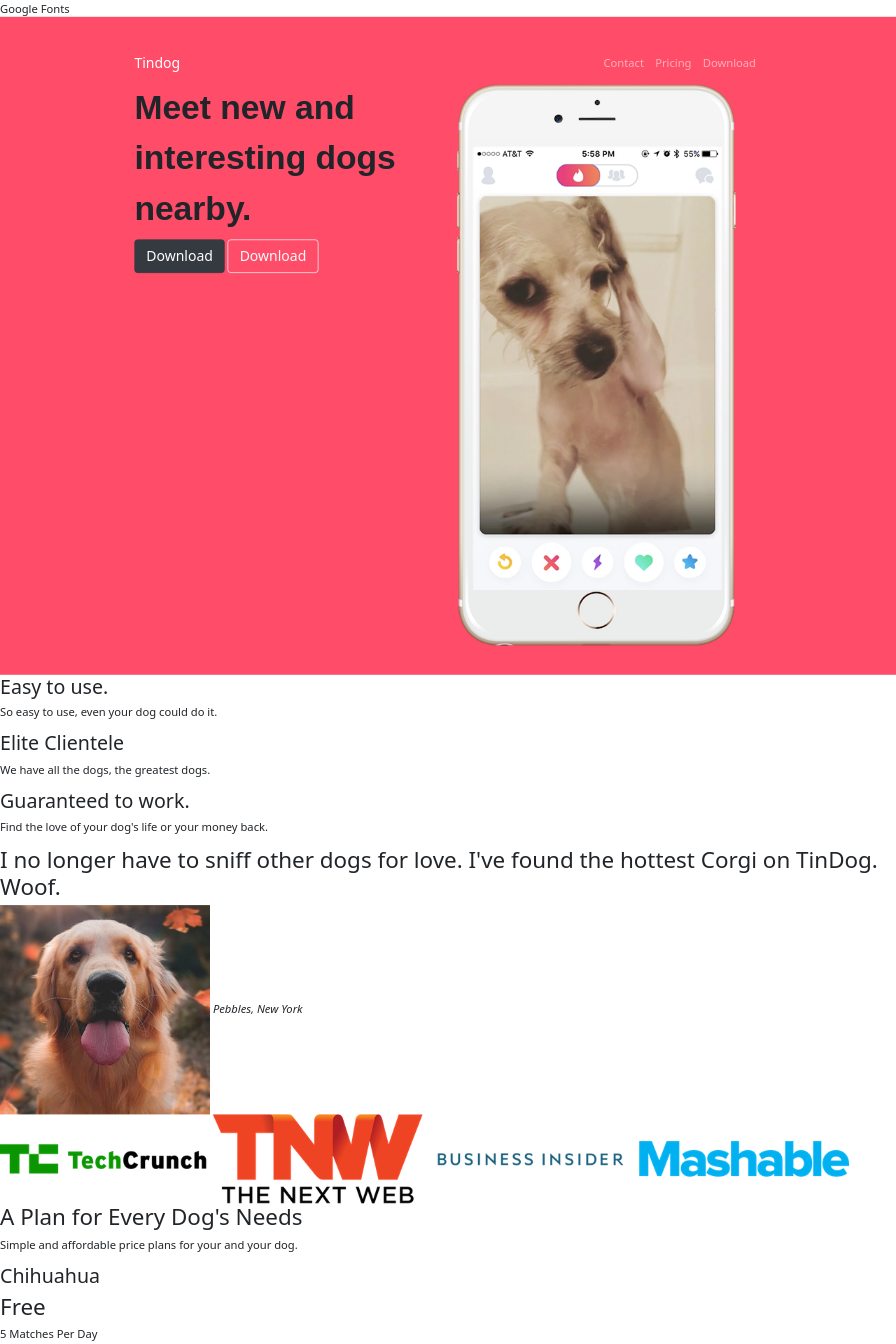
Repository: Mardoqueu/tindog
Page: index.html
The author's editor kept a copy of each file at every save. The page is drawn from the files as they stood at one save, then again after a run of saves.
The browser window is 1280 px wide. The pictures show the part of the page from y = 0 to 1920 px (the page is 2671 px tall before and 2647 px after), at 70% of full size.
Some icons come from a web library that is not loaded, so they are not drawn. Some web libraries are served in a nearby version.

Above is the page before, as saved 2022-10-17 16:21:37.

After the next 2 saves:
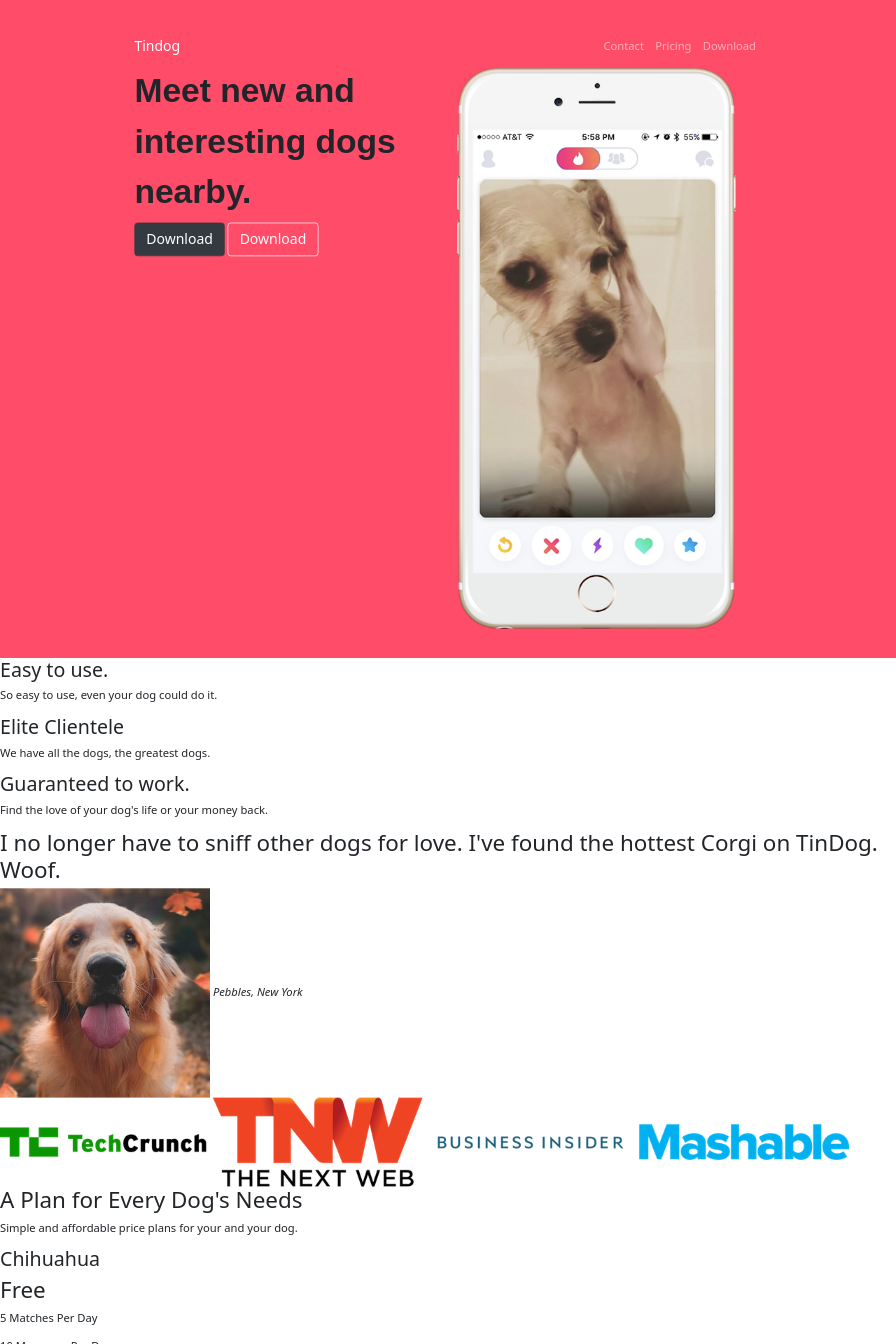
The 2 saves are shown as one change because they came seconds apart.
The last was saved 9 s later.
--- a/index.html
+++ b/index.html
@@ -4,7 +4,7 @@
 <head>
   <meta charset="utf-8">
   <title>TinDog</title>
-  Google Fonts
+
   <link href="https://fonts.googleapis.com/css2?family=Montserrat&family=Ubuntu&display=swap" rel="stylesheet">
   <link href="https://fonts.googleapis.com/css2?family=Montserrat:wght@400;900&family=Ubuntu&display=swap" rel="stylesheet">
   <link rel="stylesheet" href="css/styles.css">
